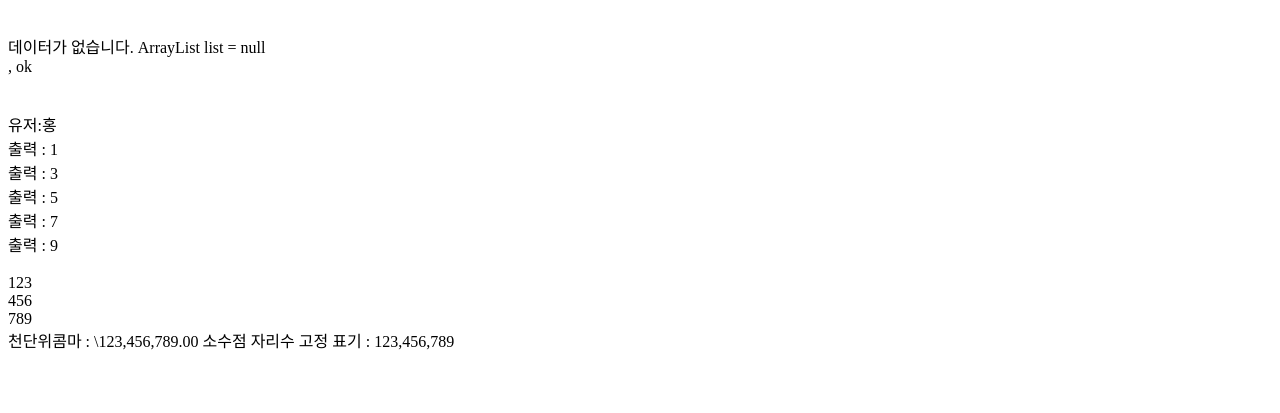
Repository: Won-Hyuk-Lee/kosta_java
Page: http://localhost/web_prj/lec_jstl.jsp
An editor plug-in stored every save of this project. The page is shown before and after the next save, followed by the edit.
The browser window is 1280 px wide. The pictures show the whole page.
The page is served by Tomcat 9. Nobody is signed in. The application's start-up code is not run. Other server files are loaded and not shown.

Above is the page before, as saved 2024-05-30 05:25:18.

### web_prj/src/main/webapp/lec_jstl.jsp
<%@ page language="java" contentType="text/html; charset=UTF-8"
    pageEncoding="UTF-8"%>
<%@taglib uri="http://java.sun.com/jsp/jstl/core" prefix="c"%>
<%@taglib uri="http://java.sun.com/jsp/jstl/fmt"  prefix="fmt"%>

<%@ page import="com.kosta.sample.board.BoardVO" %>
<%@ page import="java.util.ArrayList" %>
<%@ page import="java.util.HashMap" %>


<!DOCTYPE html>
<html>
<head>
<meta charset="UTF-8">
<title>Insert title here</title>
<script src="https://code.jquery.com/jquery-3.7.1.js"></script>
<script> $(function() { }); </script>
</head>
<body>
<!--
 EL(Expression Language) :  JSP 사용하는 스크립트릿(<% %>) 문법을 쉽게 하는 언어  $ { }
 JSTL(JSP Standard Tag Library) : JSP 표준라이브러리

  - JSP 내장객체 SCOPE : page > request > session > application
  - EL  내장객체 SCOPE : pageScope > requestScope > sessionScope > applicationScope
-->


<!--
//서블릿 코드
BoardVO bvo  = new BoardVO();
bvo.setRegid("kim");
bvo.setTitle("이건제목");
request.setAttribute("KEY_BOARDVO", bvo);
-->
<%
//BoardVO bvo = (BoardVO)request.getAttribute("KEY_BOARDVO");
//out.println(bvo.getRegid() + ","  + bvo.getTitle());
%>
<!-- ${requestScope.KEY_BOARDVO.regid} -->



<!--
//서블릿 코드
ArrayList<BoardVO> list = new ArrayList<BoardVO>();
BoardVO bvo  = new BoardVO();
bvo.setRegid("kim");
bvo.setTitle("이건제목");
list.add(bvo);
bvo  = new BoardVO();
bvo.setRegid("kim2");
bvo.setTitle("이건제목2");
list.add(bvo);
request.setAttribute("KEY_LISTVO", list);
-->

<%
//ArrayList<BoardVO> list = (ArrayList<BoardVO>)request.getAttribute("KEY_LISTVO");
//for(BoardVO bvo : list) {
//	out.println(bvo.getTitle() + "," + bvo.getRegid() + "<br>");
//}
%>
<!--
${requestScope.KEY_LISTVO[0]["regid"]}, ${requestScope.KEY_LISTVO[0]["title"]}<br>
${requestScope.KEY_LISTVO[1]["regid"]}, ${requestScope.KEY_LISTVO[1]["title"]}<br>
-->

<!--
ArrayList<BoardVO> list = (ArrayList<BoardVO>)request.getAttribute("KEY_LISTVO");
for(BoardVO bvo : list) {
   bvo.getRegid()
}
 -->
<c:forEach items="${KEY_LISTVO}" var="bvo">
	${bvo.regid} , ${bvo.title} <br>
</c:forEach>
<p><br>

<c:if test="${not empty KEY_LISTVO}">
	<c:forEach items="${KEY_LISTVO}" var="mybvo" varStatus="mysts">
		${mybvo.regid} , ${mybvo.title} -  ${mysts.index} ${mysts.count}<br>
	</c:forEach>
</c:if>
<c:if test="${empty KEY_LISTVO}">
	데이터가 없습니다.  ArrayList<BoardVO> list = null
</c:if>
<br>

<!--
//서블릿 코드
HashMap<String, BoardVO> map = new HashMap<String, BoardVO>();
BoardVO bvo  = new BoardVO();
bvo.setRegid("kim");
bvo.setTitle("이건제목");
map.put("map_key", bvo);
request.setAttribute("KEY_MAPVO", map);
-->
<%
//HashMap<String, BoardVO> map = (HashMap<String, BoardVO>)request.getAttribute("KEY_MAPVO");
//out.println(map.get("map_key").getRegid() + "," + map.get("map_key").getTitle());
%>
<!-- ${requestScope.KEY_MAPVO.map_key.regid} , ${KEY_MAPVO.map_key.title} -->


<!--
//서블릿 코드
HttpSession session = request.getSession();
session.setAttribute("SESS_ID", "kim");
session.setAttribute("SESS_GRADE", "gold");
-->
<%
//String uid = (String)session.getAttribute("SESS_ID");
//out.print(uid);
%>
<!--  ${sessionScope.SESS_ID}  -->


<!--
//서블릿 코드
Cookie ck1 = new Cookie("MY_COOKIE_UID", "lee");
Cookie ck2 = new Cookie("MY_COOKIE_GRADE", "hong");
ck1.setMaxAge(100);
ck2.setMaxAge(100);
response.addCookie(ck1);
response.addCookie(ck2);
-->

<%
// 요청으로부터 모든 쿠키를 가져옵니다.
Cookie[] cookies = request.getCookies();
if (cookies != null) {
    for (Cookie cookie : cookies) {
        out.println(cookie.getName() + "," + cookie.getValue() + "<br>");
    }
}
%>
${cookie.MY_COOKIE_UID.name}, ${cookie.MY_COOKIE_UID.value}


<!-- JSTL :   if  forEach   -->
<%
String cval = "lee";
int num = 10;
if (cval.equals("lee") && num==10) {
	out.println("ok");
} else {
	out.println("fail");
}
%>
<br>

<c:if test="${cookie.MY_COOKIE_UID.value == 'lee'}">
	ok lee
</c:if>
<br>
<c:if test="${cookie.MY_COOKIE_UID.value eq 'lee'}">
	ok lee
</c:if>
<br>

<c:set value="hong" var="userid"/>
<c:choose>
    <c:when test="${userid == 'hong'}">
         유저:홍
    </c:when>
    <c:when test="${userid == 'admin'}">
        어드민
    </c:when>
    <c:otherwise>
        손님
    </c:otherwise>
</c:choose>
<br>

<!--
for(int i=1; i<=10; i+=2)
 -->
<c:forEach begin="1" end="10" step ="2"   var="myval">
출력 : ${myval} <br>
</c:forEach>

<br>

<c:forTokens items="123-456-789"  delims="-"   var="myval">
       ${myval}  <br>
</c:forTokens>




<!-- < c : redirect url="index.jsp" /> -->

<c:set var = "mynum" value="123456789"/>
천단위콤마 : <fmt:formatNumber value = "${mynum }" type="currency" currencySymbol="\\"/>

소수점 자리수 고정 표기 : <fmt:formatNumber value="${mynum }" pattern="###,###,###,###.##"/>



</body>
</html>

After the next save:
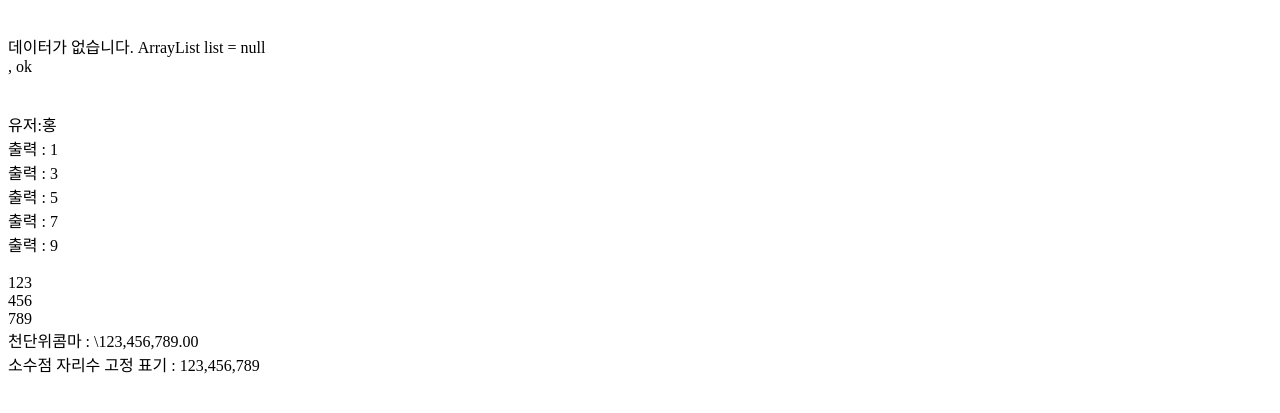
Saved 17 s later.
--- a/web_prj/src/main/webapp/lec_jstl.jsp
+++ b/web_prj/src/main/webapp/lec_jstl.jsp
@@ -192,7 +192,7 @@ for(int i=1; i<=10; i+=2)
 <!-- < c : redirect url="index.jsp" /> -->
 
 <c:set var = "mynum" value="123456789"/>
-천단위콤마 : <fmt:formatNumber value = "${mynum }" type="currency" currencySymbol="\\"/>
+천단위콤마 : <fmt:formatNumber value = "${mynum }" type="currency" currencySymbol="\\"/><br>
 
 소수점 자리수 고정 표기 : <fmt:formatNumber value="${mynum }" pattern="###,###,###,###.##"/>
 
